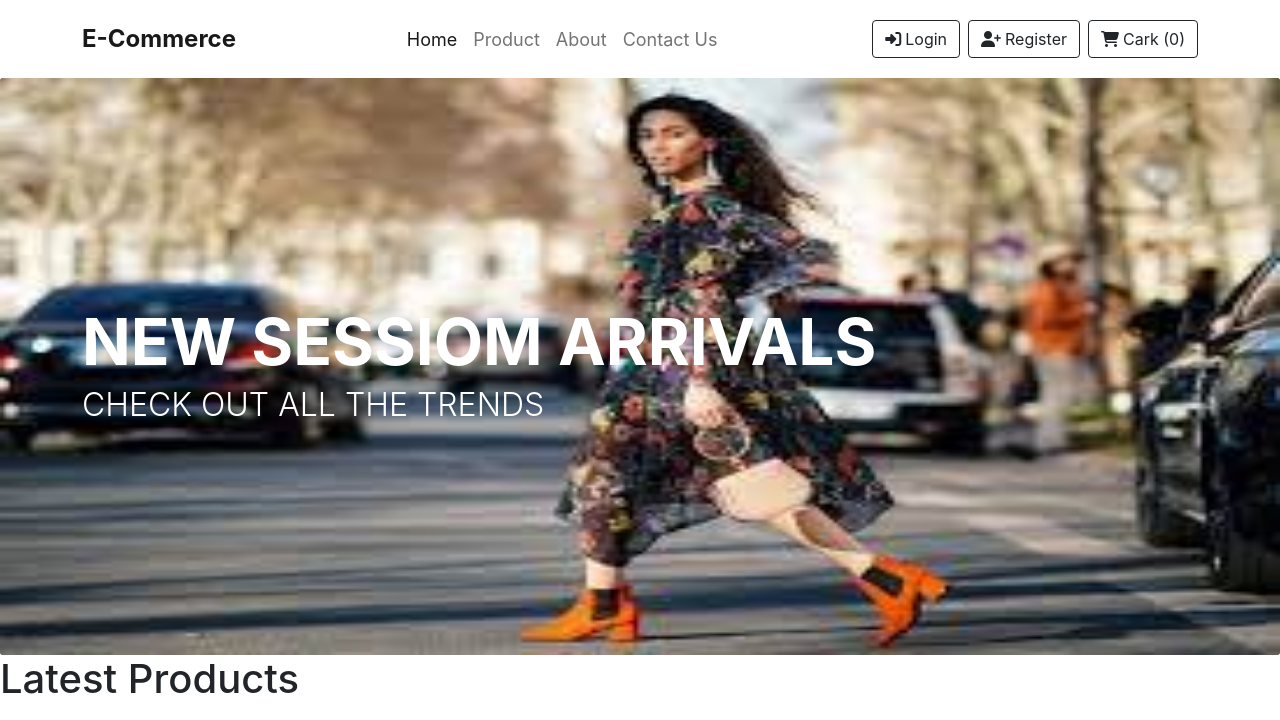
Repository: Sanjayjangra88/online_shop
Page: /products
An editor plug-in stored every save of this project. The page is shown before and after the next save, followed by the edit.
The browser window is 1280 px wide. The pictures show the whole page.
Some web libraries are served in a nearby version. The project was rebuilt for these pictures with package versions that can differ from the ones it lists, and the page was loaded fresh each time.

Above is the page before, as saved 2022-03-29 20:54:52.

After the next save:
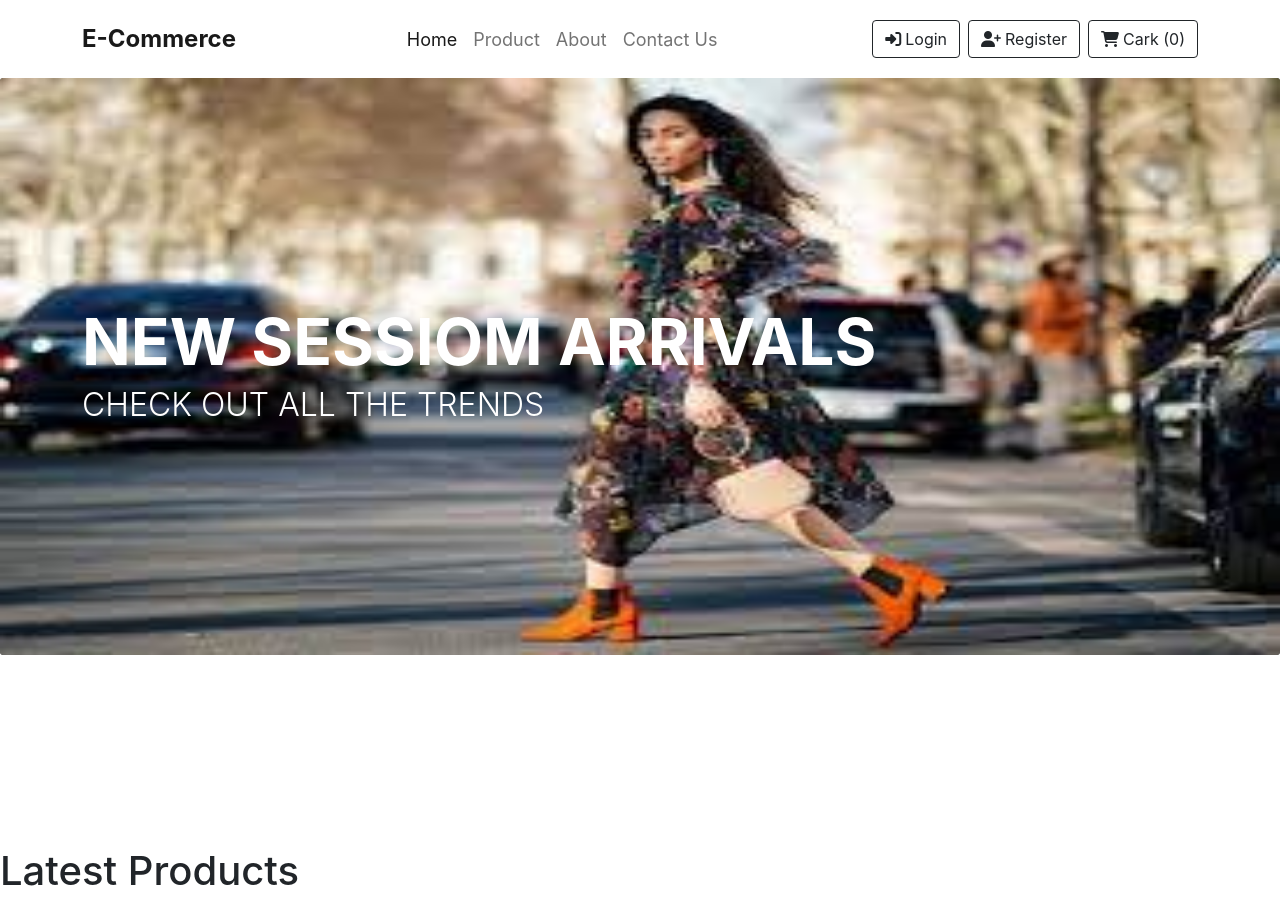
Saved 51 s later.
--- a/src/components2/Products.jsx
+++ b/src/components2/Products.jsx
@@ -26,7 +26,7 @@
 
   return (
     <div>
-      <div className="container"></div>
+      <div className="container my-5 py-5"></div>
       <div className="row"></div>
       <div className="col-12"></div>
       <h1>Latest Products</h1>
